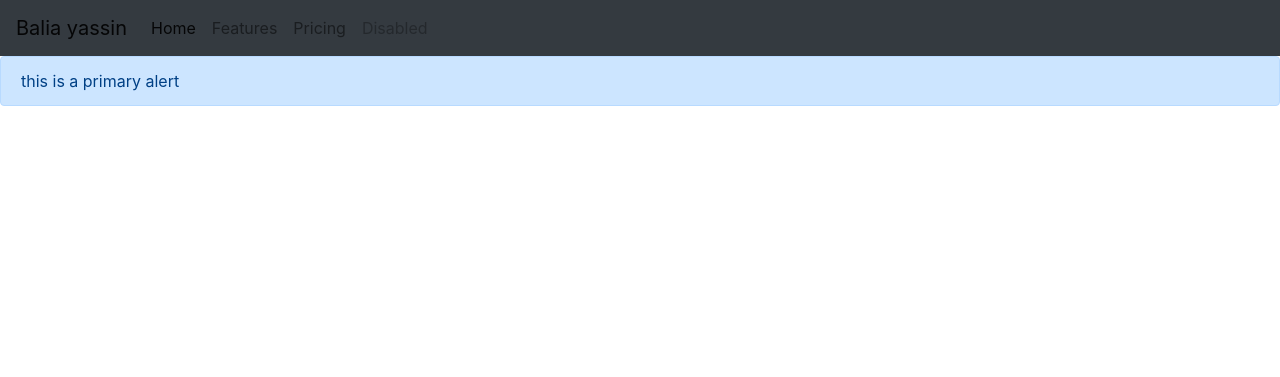
Repository: baliayassin/MyGame
Page: Documents/Aptana Studio 3 Workspace/Targ8/index.html
The author's editor kept a copy of each file at every save. The page is drawn from the files as they stood at one save, then again after the next save.
The browser window is 1280 px wide. The pictures show the whole page.
Some web libraries are served in a nearby version.

Above is the page before, as saved 2017-12-11 12:28:48.

After the next save:
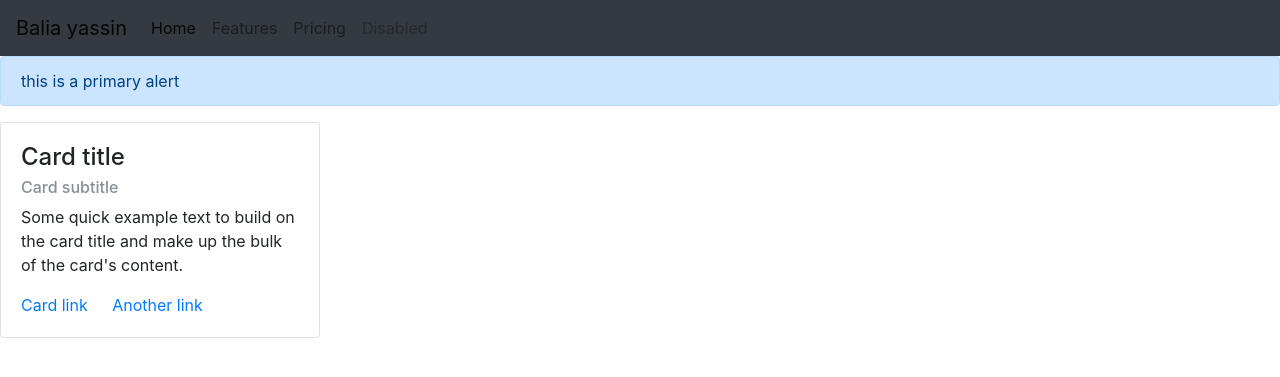
Saved 91 s later.
--- a/Documents/Aptana Studio 3 Workspace/Targ8/index.html
+++ b/Documents/Aptana Studio 3 Workspace/Targ8/index.html
@@ -33,7 +33,15 @@
   </div>
 </nav>
  <div class="alert alert-primary"> this is a primary alert</div>
- <main></main>
+ <main> <div class="card" style="width: 20rem;">
+  <div class="card-body">
+    <h4 class="card-title">Card title</h4>
+    <h6 class="card-subtitle mb-2 text-muted">Card subtitle</h6>
+    <p class="card-text">Some quick example text to build on the card title and make up the bulk of the card's content.</p>
+    <a href="#" class="card-link">Card link</a>
+    <a href="#" class="card-link">Another link</a>
+  </div>
+</div></main>
 
 <footer></footer>
   </body>
